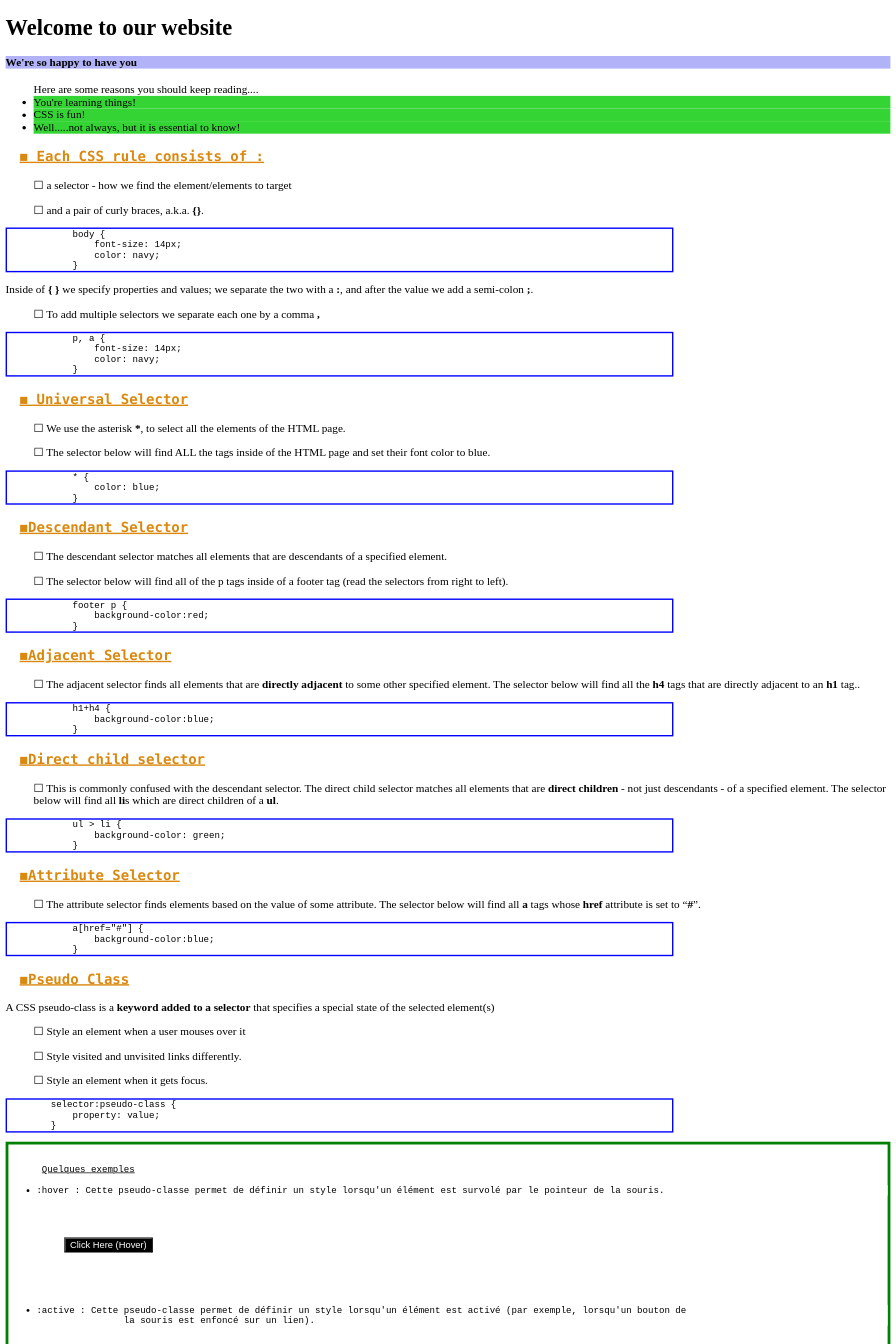
Repository: AnnaSpirit/Tests__
Page: CSS/Useful_Selectors.html
These files come from the project's save history. The page is drawn as it stood at one moment and after the next save; the edit follows.
The browser window is 1280 px wide. The pictures show the part of the page from y = 0 to 1920 px (the page is 2602 px tall before and 2561 px after), at 70% of full size.

Above is the page before, as saved 2024-04-03 18:40:49.

After the next save:
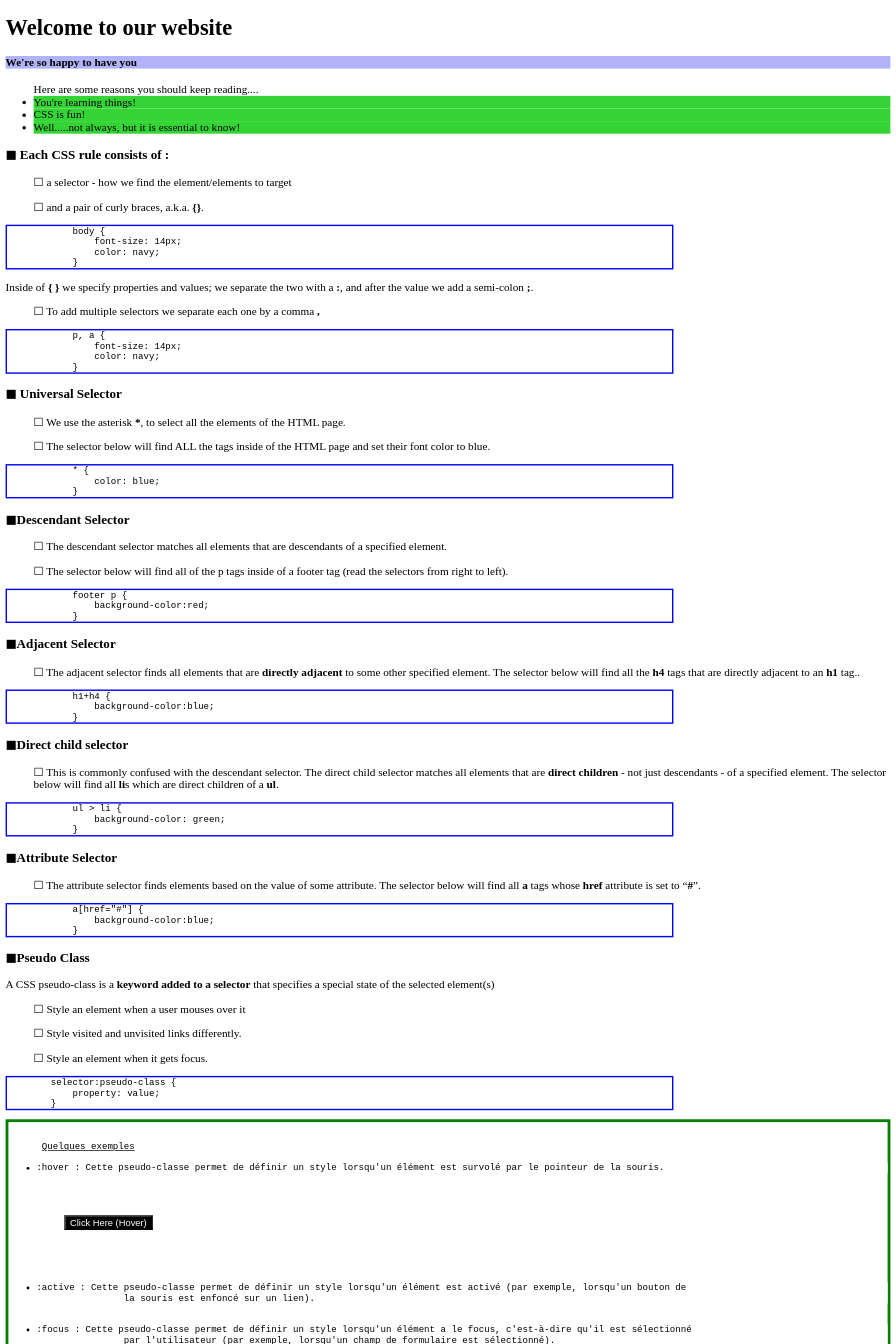
Saved 90 s later.
--- a/CSS/style_Selectors.css
+++ b/CSS/style_Selectors.css
@@ -18,7 +18,7 @@
     background-color: rgb(53, 212, 53);
 }
 
-
+pre.classblu
 
 h3{
     color: rgb(218, 137, 14);

After the 4 saves that followed:
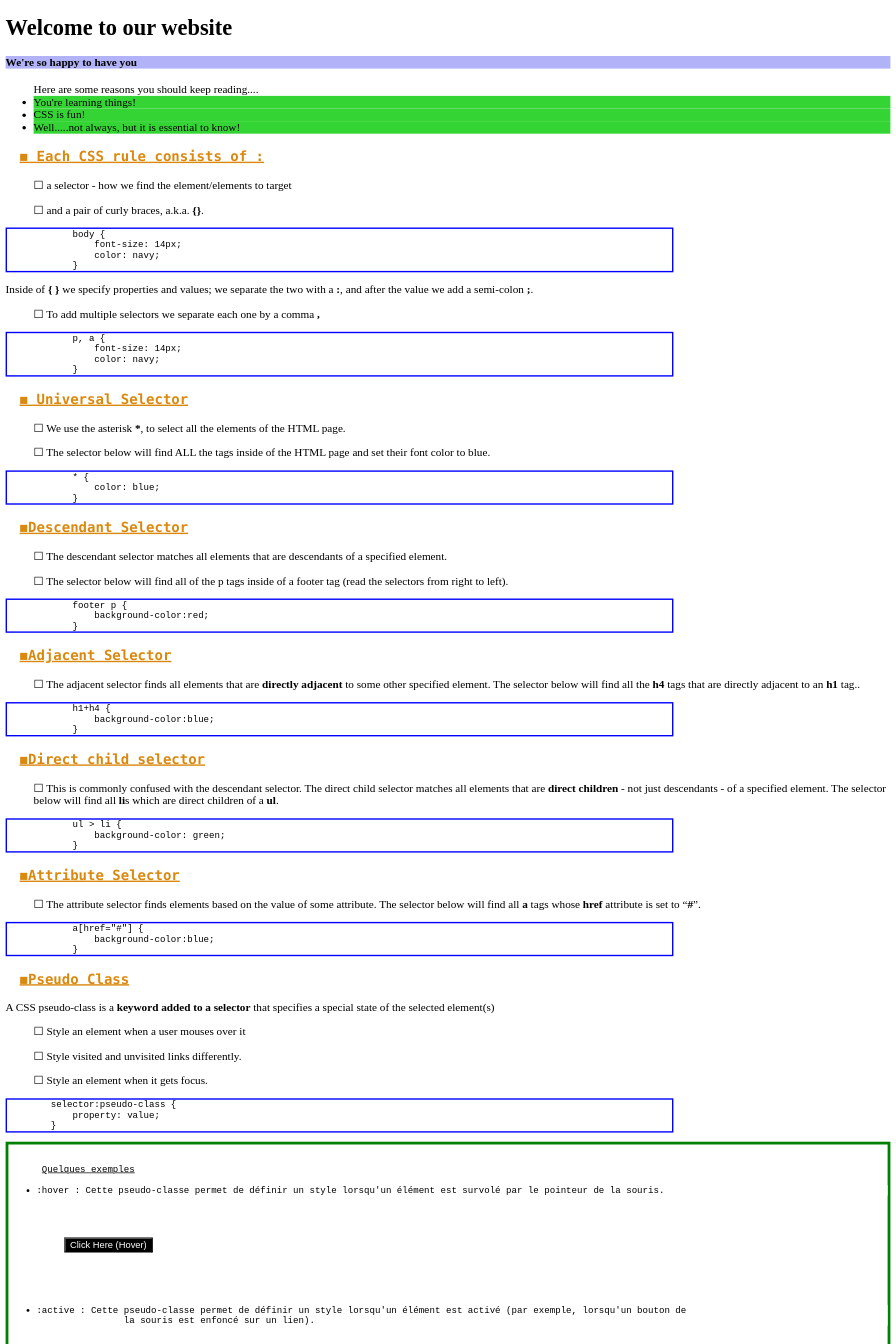
The 4 saves are shown as one change because they came seconds apart.
The last was saved 11 s later.
--- a/CSS/style_Selectors.css
+++ b/CSS/style_Selectors.css
@@ -18,7 +18,9 @@
     background-color: rgb(53, 212, 53);
 }
 
-pre.classblu
+.classblue{
+
+}
 
 h3{
     color: rgb(218, 137, 14);
